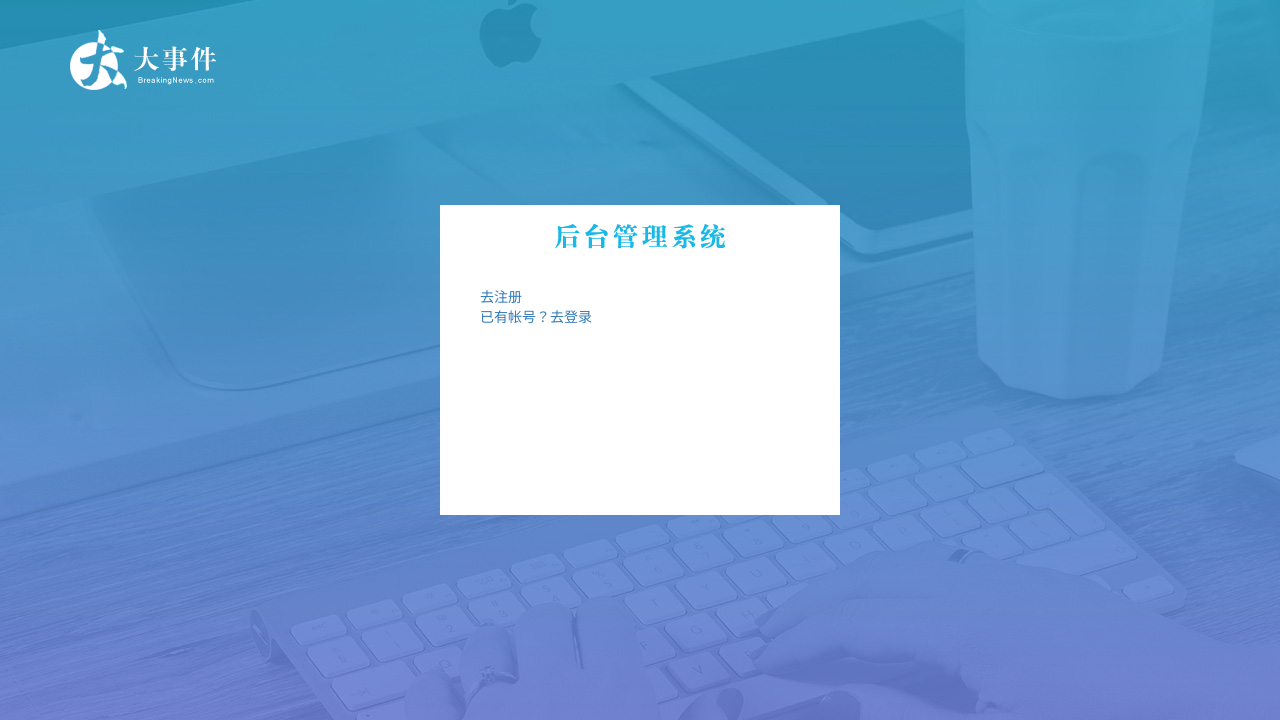
Repository: pursuit-YHP/project_dashijian
Page: login.html
The author's editor kept a copy of each file at every save. The page is drawn from the files as they stood at one save, then again after the next save.
The browser window is 1280 px wide. The pictures show the whole page.
The style sheet was rebuilt from its Sass, Less or Tailwind sources for each picture, by a compiler version that may differ from the author's.

Above is the page before, as saved 2022-03-13 15:54:26.

After the next save:
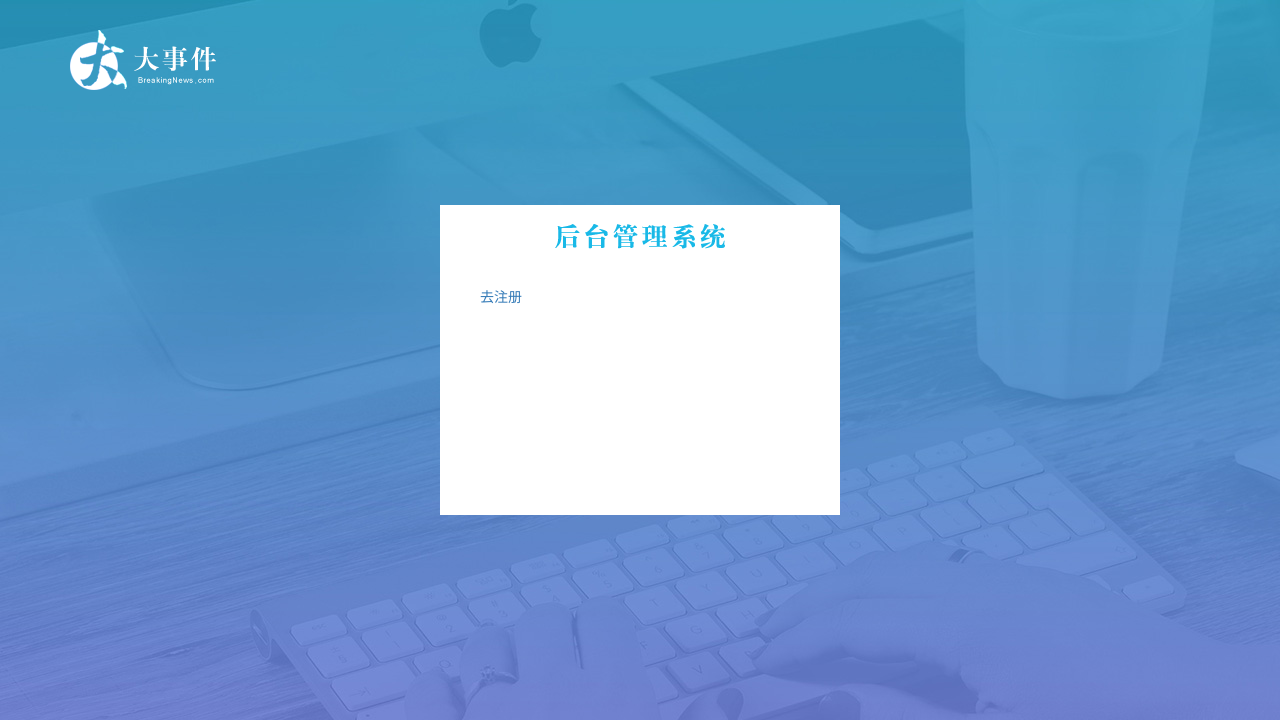
Saved 31 s later.
--- a/assets/css/login.less
+++ b/assets/css/login.less
@@ -19,14 +19,18 @@
     top: 50%;
     left: 50%;
     transform: translate(-50%,-50%);
-
-    .loginANDreg_w{
-        width: 80%;
-        margin: 20px auto;
-    }
     .loginANDreg_head{
         width: 100%;
         height: 20%;
         background: url(../images/login_title.png) no-repeat center;
     }
+    .loginANDreg_w{
+        width: 80%;
+        margin: 20px auto;
+
+        .reg{
+            display: none;
+        }
+    }
+
 }

After the 3 saves that followed:
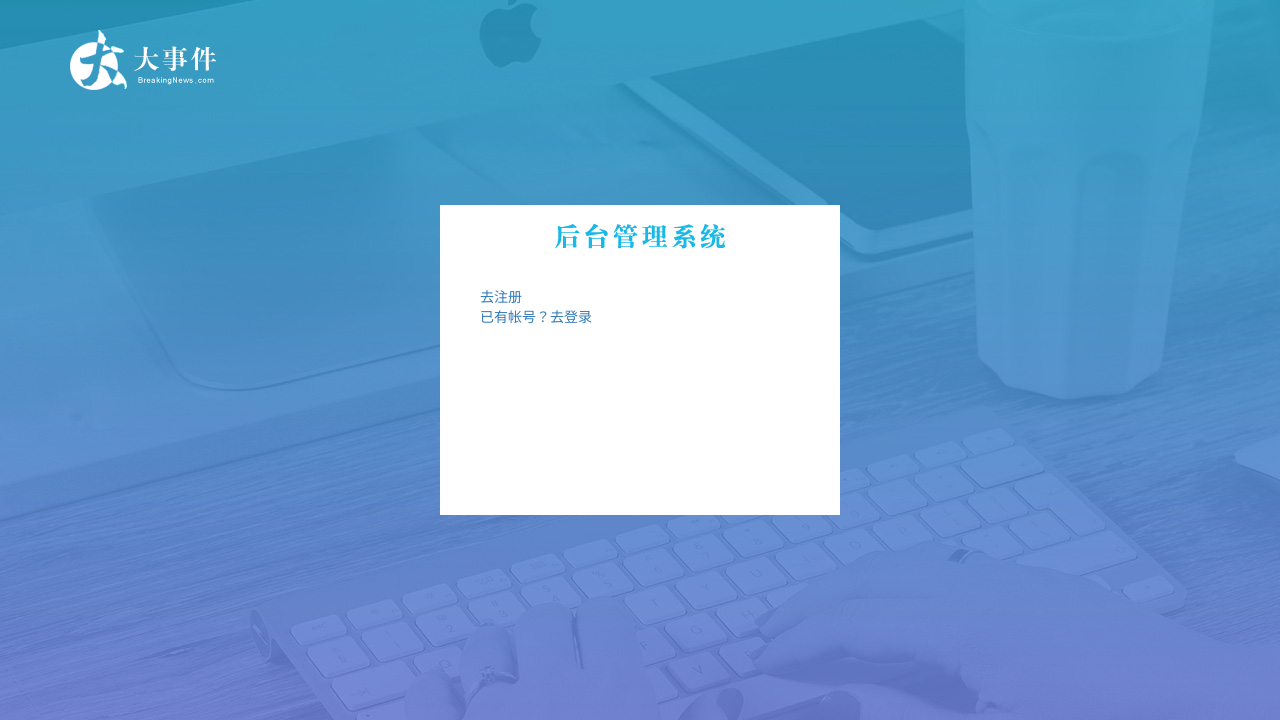
The 3 saves are shown as one change because 2 left the picture as it was.
The last was saved 80 s later.
--- a/assets/css/login.less
+++ b/assets/css/login.less
@@ -29,7 +29,7 @@
         margin: 20px auto;
 
         .reg{
-            display: none;
+            // display: none;
         }
     }
 
